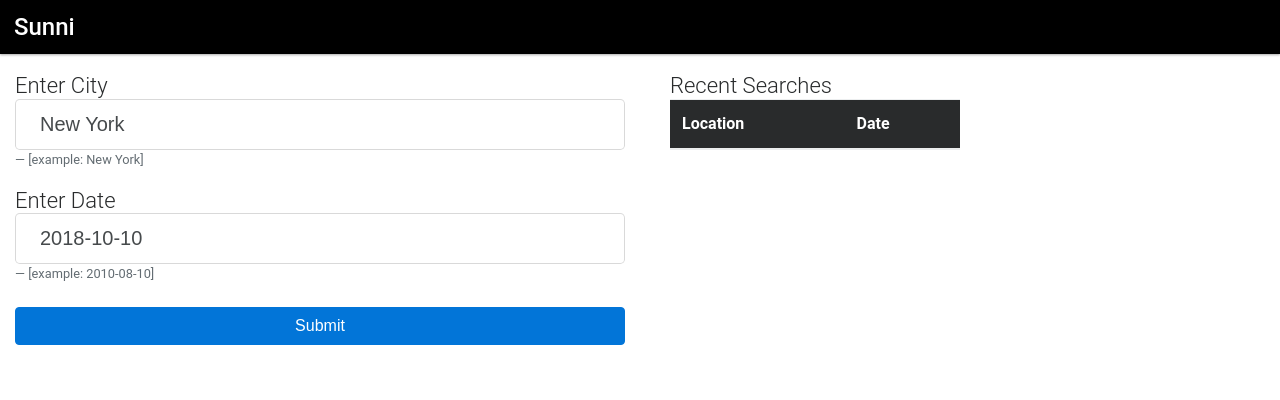
Repository: Oakga/Weather_app
Page: index.html
An editor plug-in stored every save of this project. The page is shown before and after the next save, followed by the edit.
The browser window is 1280 px wide. The pictures show the whole page.

Above is the page before, as saved 2017-09-22 06:53:24.

After the next save:
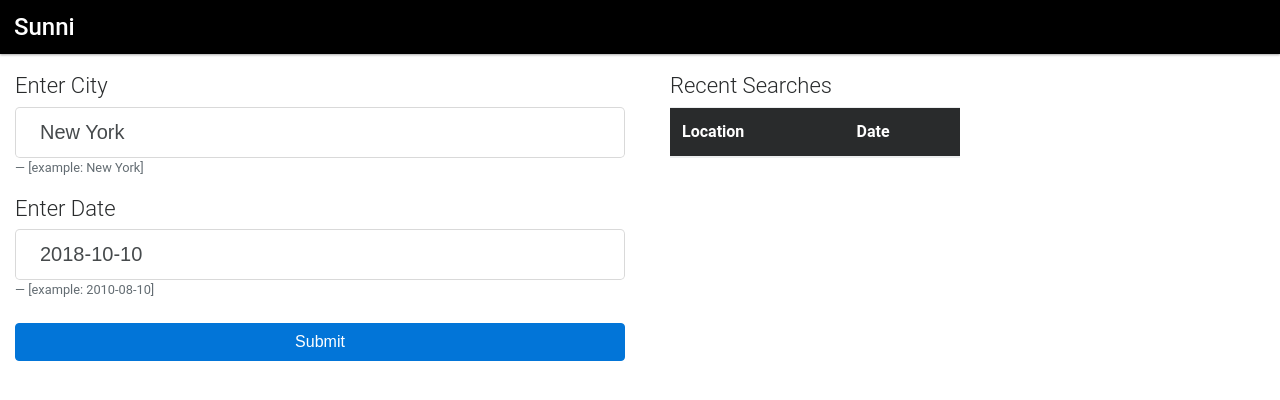
Saved 42 s later.
--- a/css/styles.css
+++ b/css/styles.css
@@ -24,7 +24,7 @@ header > h1 {
 
 h2 {
     font-size: 22px;
-    margin: 20px 0 0 0;
+    margin: 20px 0 8px 0;
 }
 
 .table {
